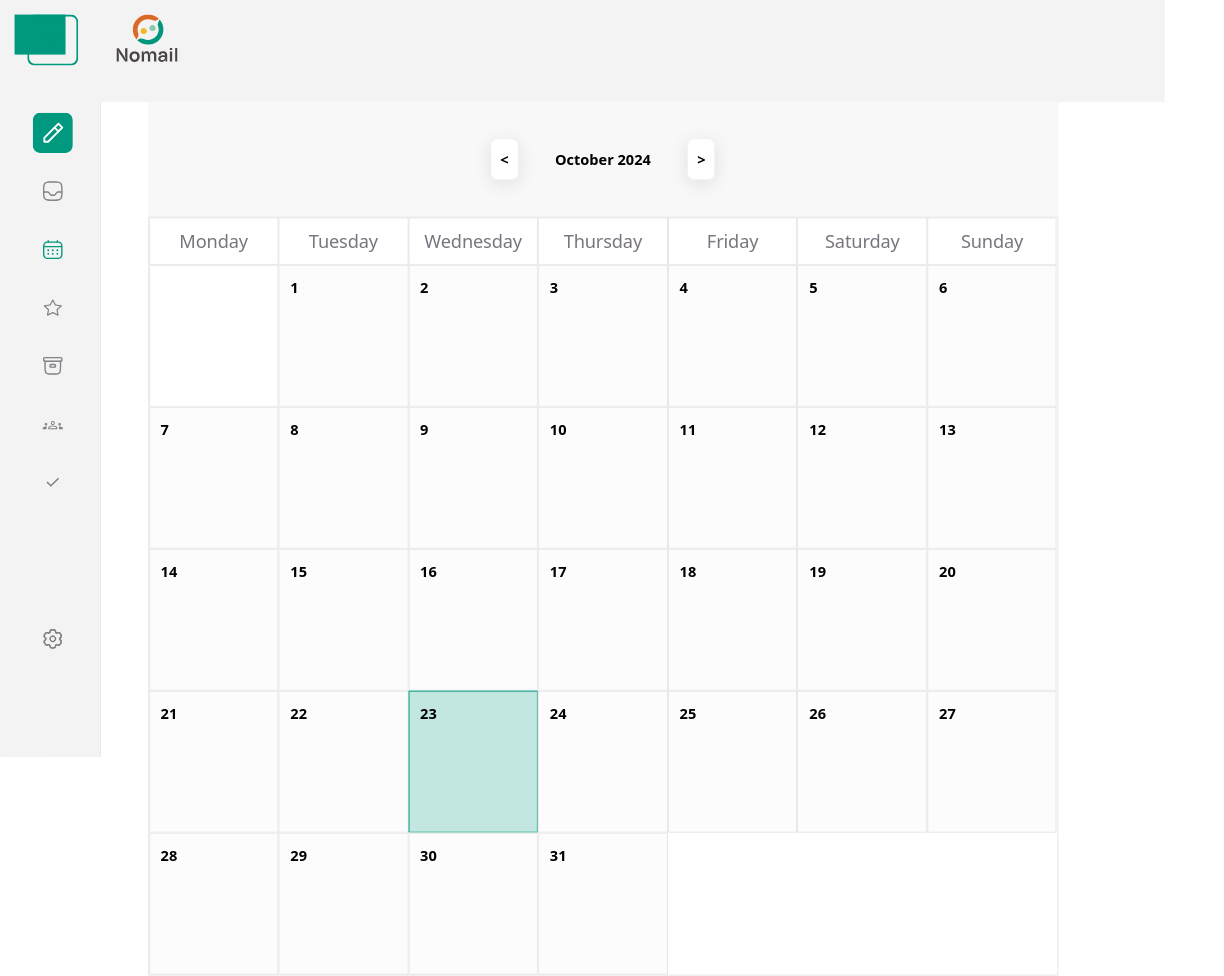
Repository: Tofigkh1/Nomail-App
Page: /calendar
An editor plug-in stored every save of this project. The page is shown before and after a run of saves, followed by the edit.
The browser window is 1280 px wide. The page is 1280 px wide, then 1345 px, so the pictures cover 1345 px, including what lies to the right of the window. The pictures show the whole page, at 91% of full size.
The project was rebuilt for these pictures with package versions that can differ from the ones it lists, and the page was loaded fresh each time. The framework's server and built-in components were replaced by stand-ins that run in the browser. Also part of the build but not shown: next.config.mjs, components/shared/svg/calendarSvg.jsx.

Above is the page before, as saved 2024-10-23 03:18:45.

### app/layout.tsx
import type { Metadata } from "next";
import localFont from "next/font/local";
import "./Styles/globals.css";
import Header from "@/components/shared/client/Header/header";

const geistSans = localFont({
  src: "./fonts/GeistVF.woff",
  variable: "--font-geist-sans",
  weight: "100 900",
});
const geistMono = localFont({
  src: "./fonts/GeistMonoVF.woff",
  variable: "--font-geist-mono",
  weight: "100 900",
});

export const metadata: Metadata = {
  title: "Create Next App",
  description: "Generated by create next app",
};

export default function RootLayout({
  children,
}: Readonly<{
  children: React.ReactNode;
}>) {
  return (
    <html lang="en">
      <body
        className={`${geistSans.variable} ${geistMono.variable} antialiased`}
      >
        {children}

      </body>
    </html>
  );
}

### app/Styles/globals.css
@tailwind base;
@tailwind components;
@tailwind utilities;


.App {
  font-family: sans-serif;
  text-align: center;
}


:root {
  --background: #ffffff;
  --foreground: #171717;
}

@media (prefers-color-scheme: dark) {
  :root {
    --background: #0a0a0a;
    --foreground: #ededed;
  }
}


@layer utilities {
  .text-balance {
    text-wrap: balance;
  }
}

### components/shared/client/Header/header.tsx
import { useContext } from "react";
import { SidebarContext } from '../SideBarMenu/sideBarMenu'; // Import context
import NomailLogo from "@/components/shared/svg/headerlLogoSvg";
import HamburgerBtnSvg from "../../svg/hamburgerBtnSvg"



export default function Header() {

    const { expanded, setExpanded } = useContext(SidebarContext); // Access context

    return (
        <div className="flex items-center justify-between p-4 bg-headerColor text-white">
            <div className='w-auto h-20 flex gap-14'>

                <div>
                    <button onClick={() => setExpanded(!expanded)}
                            className="pl-3.5 bg-textColorGreen hover:bg-clientButtonGreen w-14 h-11">
                        <HamburgerBtnSvg/>
                    </button>
                </div>

                <div>
                    <NomailLogo/>
                </div>


            </div>
        </div>
    );
}

### components/shared/client/SideBarMenu/sideBarMenu.tsx
import React, { useState, useContext, ReactNode } from "react";
import { ChevronFirst, ChevronLast } from "lucide-react";

export const SidebarContext = React.createContext<{ expanded: boolean; setExpanded: (expanded: boolean) => void; }>({
    expanded: false,
    setExpanded: () => {},
});

// Sidebar component now depends on context for state
export default function Sidebar({ children }: { children: ReactNode }) {
    const { expanded, setExpanded } = useContext(SidebarContext);

    return (
        <aside className="h-screen bg-headerColor">
            <nav
                className={`h-full flex flex-col bg-headerColor border-r border-whiteLight3 transition-all duration-200 ease-in-out ml-3 ${expanded ? "w-[127%] h-[130%] " : "w-[99px]"}`}>

                <ul className=" flex-1 px-3">{children}</ul>
            </nav>
        </aside>
    );
}

// SidebarItem component for individual items inside the sidebar
type SidebarItemProps = {
    icon: ReactNode;   // Icon to display in the sidebar item
    text: string;      // Text to display in the sidebar item
    active: boolean;   // Boolean to determine if the item is active (highlighted)
    onClick: () => void; // Add onClick function to handle clicks
    style?: React.CSSProperties;
};

export function SidebarItem({icon, text, active, onClick,style}: SidebarItemProps) {
    const context = useContext(SidebarContext); // Sidebar context to manage expanded/collapsed state
    const {expanded} = context!;

    return (
        <li
            onClick={onClick} // Attach the click handler here
            style={style}
            className={`group relative flex items-center py-2 px-3 my-1 font-medium rounded-md cursor-pointer duration-300 ease-in-out transition-colors
          ${
                active
                    ? " text-mainRedLight " // Active item style
                    : " text-gray-600 " // Hover style for non-active items
            }`}
        >

            <span className="text-xl transition-all duration-300 ease-in-out">
        {icon}
      </span>

            {/* Text büyütüldü ve boşluk artırıldı */}
            {expanded && (
                <span className="ml-4 text-xl text-black transition-all duration-300 ease-in-out ">
          {text}
        </span>
            )}

            {/* Navbar kapalıyken hover ile çıkan isimler için arka plan yeşil yapıldı */}
            {!expanded && (
                <span
                    className={` absolute left-full whitespace-nowrap bg-textColorGreen text-white rounded-md py-1 px-2 transition-all duration-300 ease-in-out ml-2 opacity-0 group-hover:opacity-100`}
                >
          {text}
        </span>
            )}
        </li>
    );
}

### components/shared/svg/newMail.jsx
'use client'
export default function  newMail(){
    return(
        <>
            <svg width="44" height="44" viewBox="0 0 44 44" fill="none" xmlns="http://www.w3.org/2000/svg">
                <rect width="44" height="44" rx="8" fill="#00987F"/>
                <path fill-rule="evenodd" clip-rule="evenodd"
                      d="M27.5115 11.2439C27.902 10.8534 28.5351 10.8534 28.9257 11.2438L33.1687 15.4863C33.3562 15.6739 33.4616 15.9282 33.4616 16.1935C33.4616 16.4587 33.3562 16.7131 33.1687 16.9006L17.6122 32.4571C17.4247 32.6446 17.1703 32.75 16.9051 32.75H12.6626C12.1103 32.75 11.6626 32.3023 11.6626 31.75V27.5075C11.6626 27.2423 11.768 26.9879 11.9555 26.8004L27.5115 11.2439ZM28.2187 13.3652L13.6626 27.9217V30.75H16.4909L31.0473 16.1935L28.2187 13.3652Z"
                      fill="white"/>
                <path fill-rule="evenodd" clip-rule="evenodd"
                      d="M23.269 15.4864C23.6595 15.0959 24.2927 15.0959 24.6832 15.4864L28.9257 19.7289C29.3162 20.1194 29.3162 20.7526 28.9257 21.1431C28.5352 21.5336 27.902 21.5336 27.5115 21.1431L23.269 16.9006C22.8784 16.5101 22.8784 15.8769 23.269 15.4864Z"
                      fill="white"/>
            </svg>


        </>
    )
}

### components/shared/svg/FavoritesSvg.jsx
'use client'
export default function  favoritesSvg(){
    return(
        <>
            <svg width="44" height="44" viewBox="0 0 44 44" fill="none" xmlns="http://www.w3.org/2000/svg">
                <path
                    d="M15.5808 30.2201C15.4833 30.7528 16.0307 31.1692 16.5132 30.9316L22.0006 28.2246L27.4868 30.9316C27.9693 31.1692 28.5168 30.7528 28.4193 30.2213L27.3818 24.5457L31.7842 20.5188C32.1967 20.142 31.9842 19.4533 31.4317 19.3789L25.3093 18.5438L22.5794 13.3517C22.5274 13.2465 22.4453 13.1576 22.3428 13.0953C22.2402 13.0331 22.1214 13 22 13C21.8787 13 21.7598 13.0331 21.6573 13.0953C21.5547 13.1576 21.4727 13.2465 21.4206 13.3517L18.6907 18.545L12.5683 19.3801C12.0171 19.4545 11.8033 20.1432 12.2146 20.52L16.6182 24.5469L15.5808 30.2225V30.2201ZM21.7119 26.8999L17.1045 29.1725L17.972 24.4245C17.9928 24.3152 17.9852 24.2026 17.9496 24.0969C17.914 23.9911 17.8517 23.8955 17.7682 23.8185L14.1358 20.4948L19.2007 19.8037C19.3054 19.788 19.4046 19.7484 19.4901 19.6883C19.5756 19.6281 19.6448 19.5492 19.6919 19.4581L21.9981 15.0688L24.3068 19.4581C24.354 19.5492 24.4232 19.6281 24.5086 19.6883C24.5941 19.7484 24.6934 19.788 24.7981 19.8037L29.863 20.4936L26.2306 23.8173C26.1469 23.8944 26.0844 23.9903 26.0488 24.0962C26.0133 24.2022 26.0057 24.315 26.0268 24.4245L26.8943 29.1725L22.2869 26.8999C22.1979 26.8555 22.0991 26.8324 21.9988 26.8324C21.8985 26.8324 21.8009 26.8555 21.7119 26.8999Z"
                    fill="#A4A4A9"/>
                <path
                    d="M15.5808 30.2201C15.4833 30.7528 16.0307 31.1692 16.5132 30.9316L22.0006 28.2246L27.4868 30.9316C27.9693 31.1692 28.5168 30.7528 28.4193 30.2213L27.3818 24.5457L31.7842 20.5188C32.1967 20.142 31.9842 19.4533 31.4317 19.3789L25.3093 18.5438L22.5794 13.3517C22.5274 13.2465 22.4453 13.1576 22.3428 13.0953C22.2402 13.0331 22.1214 13 22 13C21.8787 13 21.7598 13.0331 21.6573 13.0953C21.5547 13.1576 21.4727 13.2465 21.4206 13.3517L18.6907 18.545L12.5683 19.3801C12.0171 19.4545 11.8033 20.1432 12.2146 20.52L16.6182 24.5469L15.5808 30.2225V30.2201ZM21.7119 26.8999L17.1045 29.1725L17.972 24.4245C17.9928 24.3152 17.9852 24.2026 17.9496 24.0969C17.914 23.9911 17.8517 23.8955 17.7682 23.8185L14.1358 20.4948L19.2007 19.8037C19.3054 19.788 19.4046 19.7484 19.4901 19.6883C19.5756 19.6281 19.6448 19.5492 19.6919 19.4581L21.9981 15.0688L24.3068 19.4581C24.354 19.5492 24.4232 19.6281 24.5086 19.6883C24.5941 19.7484 24.6934 19.788 24.7981 19.8037L29.863 20.4936L26.2306 23.8173C26.1469 23.8944 26.0844 23.9903 26.0488 24.0962C26.0133 24.2022 26.0057 24.315 26.0268 24.4245L26.8943 29.1725L22.2869 26.8999C22.1979 26.8555 22.0991 26.8324 21.9988 26.8324C21.8985 26.8324 21.8009 26.8555 21.7119 26.8999Z"
                    fill="black" fill-opacity="0.2"/>
            </svg>


        </>
    )
}

### components/shared/svg/ArchiveSvg.jsx
'use client'
export default function archiveSvg(){
    return(
        <>
            <svg width="44" height="44" viewBox="0 0 44 44" fill="none" xmlns="http://www.w3.org/2000/svg">
                <path
                    d="M19 22C19 21.534 19 21.301 19.076 21.117C19.1777 20.8725 19.3723 20.6783 19.617 20.577C19.801 20.5 20.034 20.5 20.5 20.5H23.5C23.966 20.5 24.199 20.5 24.383 20.576C24.6275 20.6777 24.8217 20.8723 24.923 21.117C25 21.301 25 21.534 25 22C25 22.466 25 22.699 24.924 22.883C24.8223 23.1275 24.6277 23.3217 24.383 23.423C24.199 23.5 23.966 23.5 23.5 23.5H20.5C20.034 23.5 19.801 23.5 19.617 23.424C19.3725 23.3223 19.1783 23.1277 19.077 22.883C19 22.699 19 22.466 19 22Z"
                    stroke="#A4A4A9" stroke-width="1.5"/>
                <path
                    d="M19 22C19 21.534 19 21.301 19.076 21.117C19.1777 20.8725 19.3723 20.6783 19.617 20.577C19.801 20.5 20.034 20.5 20.5 20.5H23.5C23.966 20.5 24.199 20.5 24.383 20.576C24.6275 20.6777 24.8217 20.8723 24.923 21.117C25 21.301 25 21.534 25 22C25 22.466 25 22.699 24.924 22.883C24.8223 23.1275 24.6277 23.3217 24.383 23.423C24.199 23.5 23.966 23.5 23.5 23.5H20.5C20.034 23.5 19.801 23.5 19.617 23.424C19.3725 23.3223 19.1783 23.1277 19.077 22.883C19 22.699 19 22.466 19 22Z"
                    stroke="black" stroke-opacity="0.2" stroke-width="1.5"/>
                <path
                    d="M30.5 17V23C30.5 26.771 30.5 28.657 29.328 29.828C28.157 31 26.271 31 22.5 31H21.5C17.729 31 15.843 31 14.672 29.828C13.5 28.657 13.5 26.771 13.5 23V17"
                    stroke="#A4A4A9" stroke-width="1.5" stroke-linecap="round"/>
                <path
                    d="M30.5 17V23C30.5 26.771 30.5 28.657 29.328 29.828C28.157 31 26.271 31 22.5 31H21.5C17.729 31 15.843 31 14.672 29.828C13.5 28.657 13.5 26.771 13.5 23V17"
                    stroke="black" stroke-opacity="0.2" stroke-width="1.5" stroke-linecap="round"/>
                <path
                    d="M12 15C12 14.057 12 13.586 12.293 13.293C12.586 13 13.057 13 14 13H30C30.943 13 31.414 13 31.707 13.293C32 13.586 32 14.057 32 15C32 15.943 32 16.414 31.707 16.707C31.414 17 30.943 17 30 17H14C13.057 17 12.586 17 12.293 16.707C12 16.414 12 15.943 12 15Z"
                    stroke="#A4A4A9" stroke-width="1.5"/>
                <path
                    d="M12 15C12 14.057 12 13.586 12.293 13.293C12.586 13 13.057 13 14 13H30C30.943 13 31.414 13 31.707 13.293C32 13.586 32 14.057 32 15C32 15.943 32 16.414 31.707 16.707C31.414 17 30.943 17 30 17H14C13.057 17 12.586 17 12.293 16.707C12 16.414 12 15.943 12 15Z"
                    stroke="black" stroke-opacity="0.2" stroke-width="1.5"/>
            </svg>

        </>
    )
}

### components/shared/svg/TodoSvg.jsx
'use client'
export default function  todoSvg(){
    return(
        <>
            <svg width="44" height="44" viewBox="0 0 44 44" fill="none" xmlns="http://www.w3.org/2000/svg">
                <path d="M19.8957 27L15 22.2599L16.2239 21.0748L19.8957 24.6299L27.7761 17L29 18.185L19.8957 27Z"
                      fill="#A4A4A9"/>
                <path d="M19.8957 27L15 22.2599L16.2239 21.0748L19.8957 24.6299L27.7761 17L29 18.185L19.8957 27Z"
                      fill="black" fill-opacity="0.2"/>
            </svg>

        </>
    )
}

### components/shared/svg/calendarActiveSvg.jsx
'use client'
export default function  calendarActiveSvg(){
    return(
        <>



     <svg width="44" height="44" viewBox="0 0 44 44" fill="none" xmlns="http://www.w3.org/2000/svg">
<path fill-rule="evenodd" clip-rule="evenodd" d="M15.711 14.8898C14.7049 15.0251 14.1254 15.2789 13.7026 15.7021C13.2793 16.125 13.0251 16.7049 12.8898 17.711C12.7516 18.7386 12.75 20.0933 12.75 22V24C12.75 25.9067 12.7516 27.2614 12.8898 28.289C13.0251 29.2951 13.2789 29.8746 13.7021 30.2974C14.125 30.7207 14.7049 30.9749 15.711 31.1102C16.7386 31.2484 18.0933 31.25 20 31.25H24C25.9067 31.25 27.2614 31.2484 28.289 31.1102C29.2951 30.9749 29.8746 30.7211 30.2974 30.2979C30.7207 29.875 30.9749 29.2951 31.1102 28.289C31.2484 27.2614 31.25 25.9067 31.25 24V22C31.25 20.0933 31.2484 18.7386 31.1102 17.711C30.9749 16.7049 30.7211 16.1254 30.2979 15.7026C29.875 15.2793 29.2951 15.0251 28.289 14.8898C27.2614 14.7516 25.9067 14.75 24 14.75H20C18.0933 14.75 16.7386 14.7516 15.711 14.8898ZM19.9436 13.25H24.0564C25.8941 13.25 27.3497 13.25 28.489 13.4032C29.6612 13.5608 30.6101 13.893 31.3581 14.6414C32.1069 15.3896 32.4391 16.3386 32.5968 17.511C32.75 18.6503 32.75 20.1059 32.75 21.9436V24.0565C32.75 25.8941 32.75 27.3498 32.5968 28.489C32.4391 29.6613 32.1069 30.6102 31.3583 31.3583C30.6102 32.1069 29.6613 32.4391 28.489 32.5968C27.3498 32.75 25.8941 32.75 24.0565 32.75H19.9436C18.1059 32.75 16.6503 32.75 15.511 32.5968C14.3386 32.4391 13.3896 32.1069 12.6414 31.3581C11.893 30.6101 11.5608 29.6612 11.4032 28.489C11.25 27.3497 11.25 25.8941 11.25 24.0564V21.9436C11.25 20.1059 11.25 18.6503 11.4032 17.511C11.5609 16.3387 11.8931 15.3898 12.6417 14.6417C13.3898 13.8931 14.3387 13.5609 15.511 13.4032C16.6503 13.25 18.1059 13.25 19.9436 13.25Z" fill="#00987F"/>
<path fill-rule="evenodd" clip-rule="evenodd" d="M17 11.75C17.4142 11.75 17.75 12.0858 17.75 12.5V14C17.75 14.4142 17.4142 14.75 17 14.75C16.5858 14.75 16.25 14.4142 16.25 14V12.5C16.25 12.0858 16.5858 11.75 17 11.75ZM27 11.75C27.4142 11.75 27.75 12.0858 27.75 12.5V14C27.75 14.4142 27.4142 14.75 27 14.75C26.5858 14.75 26.25 14.4142 26.25 14V12.5C26.25 12.0858 26.5858 11.75 27 11.75ZM11.75 19C11.75 18.5858 12.0858 18.25 12.5 18.25H31.5C31.9142 18.25 32.25 18.5858 32.25 19C32.25 19.4142 31.9142 19.75 31.5 19.75H12.5C12.0858 19.75 11.75 19.4142 11.75 19Z" fill="#00987F"/>
<path d="M28 27C28 27.2652 27.8946 27.5196 27.7071 27.7071C27.5196 27.8946 27.2652 28 27 28C26.7348 28 26.4804 27.8946 26.2929 27.7071C26.1054 27.5196 26 27.2652 26 27C26 26.7348 26.1054 26.4804 26.2929 26.2929C26.4804 26.1054 26.7348 26 27 26C27.2652 26 27.5196 26.1054 27.7071 26.2929C27.8946 26.4804 28 26.7348 28 27ZM28 23C28 23.2652 27.8946 23.5196 27.7071 23.7071C27.5196 23.8946 27.2652 24 27 24C26.7348 24 26.4804 23.8946 26.2929 23.7071C26.1054 23.5196 26 23.2652 26 23C26 22.7348 26.1054 22.4804 26.2929 22.2929C26.4804 22.1054 26.7348 22 27 22C27.2652 22 27.5196 22.1054 27.7071 22.2929C27.8946 22.4804 28 22.7348 28 23ZM23 27C23 27.2652 22.8946 27.5196 22.7071 27.7071C22.5196 27.8946 22.2652 28 22 28C21.7348 28 21.4804 27.8946 21.2929 27.7071C21.1054 27.5196 21 27.2652 21 27C21 26.7348 21.1054 26.4804 21.2929 26.2929C21.4804 26.1054 21.7348 26 22 26C22.2652 26 22.5196 26.1054 22.7071 26.2929C22.8946 26.4804 23 26.7348 23 27ZM23 23C23 23.2652 22.8946 23.5196 22.7071 23.7071C22.5196 23.8946 22.2652 24 22 24C21.7348 24 21.4804 23.8946 21.2929 23.7071C21.1054 23.5196 21 23.2652 21 23C21 22.7348 21.1054 22.4804 21.2929 22.2929C21.4804 22.1054 21.7348 22 22 22C22.2652 22 22.5196 22.1054 22.7071 22.2929C22.8946 22.4804 23 22.7348 23 23ZM18 27C18 27.2652 17.8946 27.5196 17.7071 27.7071C17.5196 27.8946 17.2652 28 17 28C16.7348 28 16.4804 27.8946 16.2929 27.7071C16.1054 27.5196 16 27.2652 16 27C16 26.7348 16.1054 26.4804 16.2929 26.2929C16.4804 26.1054 16.7348 26 17 26C17.2652 26 17.5196 26.1054 17.7071 26.2929C17.8946 26.4804 18 26.7348 18 27ZM18 23C18 23.2652 17.8946 23.5196 17.7071 23.7071C17.5196 23.8946 17.2652 24 17 24C16.7348 24 16.4804 23.8946 16.2929 23.7071C16.1054 23.5196 16 23.2652 16 23C16 22.7348 16.1054 22.4804 16.2929 22.2929C16.4804 22.1054 16.7348 22 17 22C17.2652 22 17.5196 22.1054 17.7071 22.2929C17.8946 22.4804 18 22.7348 18 23Z" fill="#00987F"/>
</svg>



        </>
    )
}

### components/shared/svg/hamburgerBtnSvg.jsx
'use client'
export default function  HamburgerBtnSvg(){
    return(
        <>
            <svg width="56" height="56" viewBox="0 0 56 56" fill="none" xmlns="http://www.w3.org/2000/svg">
                <rect x="1" y="1" width="54" height="54" rx="7" stroke="#00987F" stroke-width="2"/>
                <path d="M19 22H37V24H19V22ZM19 27H37V29H19V27ZM19 32H37V34H19V32Z" fill="#00987F"/>
            </svg>


        </>
    )
}

### components/shared/client/Calendar/Calendar.css
.calendar-container {
    width: 1000px;
    background-color: #f8f8f8;
    color: black;
    margin: 0 auto;
  }

  .calendar-header {
    display: flex;
    justify-content: center;
    align-items: center;
    gap: 40px;
    padding: 40px 0;
  }

  .calendar-header button {
    background-color: white;
    color: black;
    border-radius: 8px;
    border: 1px solid #f2f2f7;
    padding: 10px;
    cursor: pointer;
    box-shadow: 0px 4px 20px 0px rgba(0, 0, 0, 0.1);
  }

  .calendar-header span {
    font-weight: bold;
  }

  .calendar-grid {
    display: grid;
    grid-template-columns: repeat(7, 1fr);
    justify-content: center;
    align-items: center;
    border: 1px solid #e5e5e5;
    background-color: #fff;
  }

  .calendar-day-name {
    font-size: 20px;
    font-style: normal;
    font-weight: 400;
    letter-spacing: -0.15px;
    color: #79747e;
    padding: 10px;
    border: 1px solid #e5e5e5;
    width: 100%;
    text-align: center;
  }

  .calendar-day {
    background-color: #f0f0f0;
    text-align: center;
    cursor: pointer;
    display: flex;
    width: 100%;
    border: 1px solid #e5e5e5;
    padding: 12px;
    height: 156px;
    flex-direction: column;
    align-items: flex-start;
    background-color: #fcfcfc;
  }
  .calendar-day:hover {
    background-color: #e5e5ea;
  }

  .calendar-day.today {
    border: 1px solid #00987f;
    background-color: #00987f3d;
  }

  .calendar-day.empty {
    background-color: transparent;
    cursor: default;
  }

  .calendar-popup {
    position: fixed;
    top: 20%;
    left: 50%;
    transform: translate(-50%, 0);
    background-color: white;
    border: 1px solid #ddd;
    box-shadow: 0 2px 10px rgba(0, 0, 0, 0.1);
    z-index: 1000;
    display: flex;
    flex-direction: column;
    gap: 5px;
  }

  .popup-header {
    width: 100%;
    display: flex;
    justify-content: space-between;
    box-shadow: 2px 2px 40px 0px rgba(0, 0, 0, 0.16);
    padding: 10px;
  }

  .discard-btn,
  .save-btn {
    background-color: #fff;
    border: none;
    padding: 5px 10px;
    cursor: pointer;
    font-size: 14px;
    border-radius: 4px;
  }
  .popup-external {
    display: flex;
    justify-content: space-between;
    align-items: center;
  }
  .save-btn {
    background-color: #00987f;
    color: white;
    display: flex;
    align-items: center;
    justify-content: space-between;
    gap: 5px;
    padding: 7.5px 8px;
  }

  .discard-btn {
    color: white;
    display: flex;
    align-items: flex-start;
    gap: 8px;
    color: black;
  }

  .popup-content {
    display: flex;
    flex-direction: column;
    gap: 10px;
    padding: 10px;
  }
  .firstContainer {
    display: flex;
    justify-content: center;
    gap: 10px;
    padding: 10px;
  }
  .secondContainer {
    display: flex;
    align-items: center;
    gap: 10px;
    padding: 10px;
  }
  .thirdContainer {
    display: flex;
    align-items: center;
    gap: 10px;
    padding: 10px;
  }
  .inputContainers {
    display: flex;
    gap: 10px;
  }
  .dateInput {
    padding: 5px;
    border: 1px solid #e5e5e5;
    border-radius: 10px;
  }
  .timeInput {
    padding: 5px;
    border: 1px solid #e5e5e5;
    border-radius: 10px;
  }
  .textAreaInput {
      padding: 5px;
      width: 100%;
  }
  .textAreaInput:focus {
      outline: none;
      border-bottom: 2px solid #00987f;
  }
  .textInput {
      padding: 5px;
  }
  .textInput:focus {
      outline: none;
      border-bottom: 2px solid #00987f;
  }
  .event-list {
      width: 100%;
      height: 100%;
      display: flex;
      align-items: end;
  }
  .event-item {
      display: flex;
      justify-content: space-between;
      align-items: center;
      width: 100%;
  }
  .goldenText {
      color: #FFC531;
  }


  /* Toggle düğmesi (switch) stil */
  .switch {
      position: relative;
      display: inline-block;
      width: 50px;
      height: 24px;
    }

    /* Gizlenen varsayılan checkbox */
    .switch input {
      opacity: 0;
      width: 0;
      height: 0;
    }

    /* Slider stil (toggle kısmı) */
    .slider {
      position: absolute;
      cursor: pointer;
      top: 0;
      left: 0;
      right: 0;
      bottom: 0;
      background-color: #ccc;
      transition: 0.4s;
      border-radius: 34px;
    }

    .slider:before {
      position: absolute;
      content: "";
      height: 20px;
      width: 20px;
      left: 4px;
      bottom: 2px;
      background-color: white;
      transition: 0.4s;
      border-radius: 50%;
    }

    /* Checkbox checked olunca stil */
    input:checked + .slider {
      background-color: #2196F3;
    }

    /* Toggle yuvarlağının sağa geçmesi */
    input:checked + .slider:before {
      transform: translateX(26px);
    }

    /* Slider yuvarlatılmış köşeler */
    .slider.round {
      border-radius: 34px;
    }

    .slider.round:before {
        border-radius:50%;
}

### tailwind.config.ts
import type { Config } from "tailwindcss";

const config: Config = {
  content: [
    "./pages/**/*.{js,ts,jsx,tsx,mdx}",
    "./components/**/*.{js,ts,jsx,tsx,mdx}",
    "./app/**/*.{js,ts,jsx,tsx,mdx}",
  ],
  theme: {
    extend: {
      colors: {
        background: "var(--background)",
        foreground: "var(--foreground)",
        headerColor: "#F3F3F3",
        textColorGreen: "#00987F",
        textGray: "#A4A4A9",
        sideBarColor: "#E5E5E5",
        textColGreen: "#00987F",
        bordersColor: "#D1D1D6"
      },
    },
  },
  plugins: [],
};
export default config;

Loaded but not shown: components/shared/svg/settingSvg.jsx (25 lines, source omitted); components/shared/client/Calendar/index.jsx (361 lines, source omitted); components/shared/svg/InboxSvg.jsx (17 lines, source omitted); components/shared/svg/groupSvg.jsx (17 lines, source omitted); components/shared/svg/headerlLogoSvg.jsx (38 lines, source omitted); app/calendar/page.tsx (100 lines, source omitted)

After the next 2 saves:
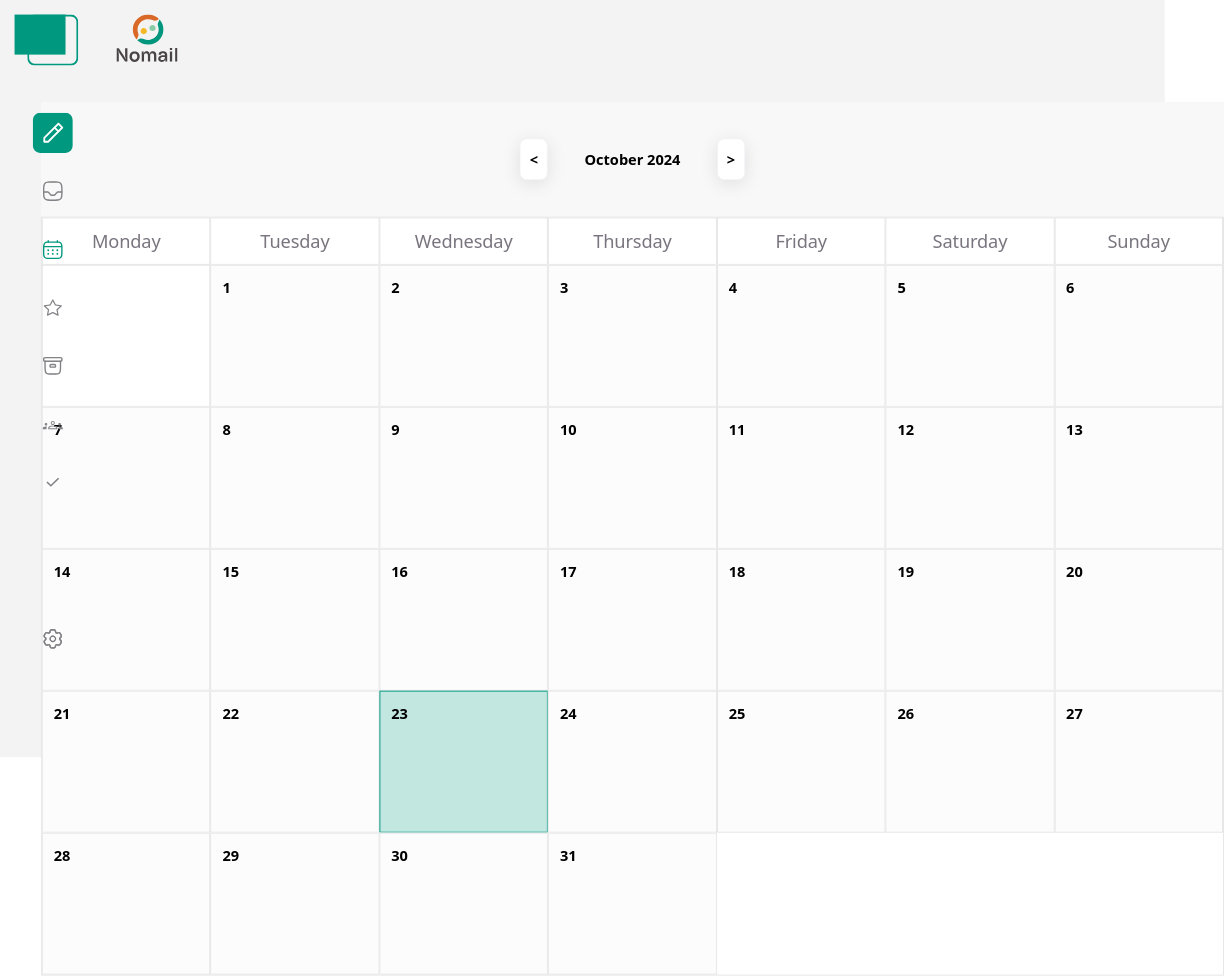
The 2 saves are shown as one change because they came seconds apart.
The last was saved 7 s later.
--- a/components/shared/client/Calendar/Calendar.css
+++ b/components/shared/client/Calendar/Calendar.css
@@ -1,5 +1,5 @@
 .calendar-container {
-    width: 1000px;
+    width: 1300px;
     background-color: #f8f8f8;
     color: black;
     margin: 0 auto;
